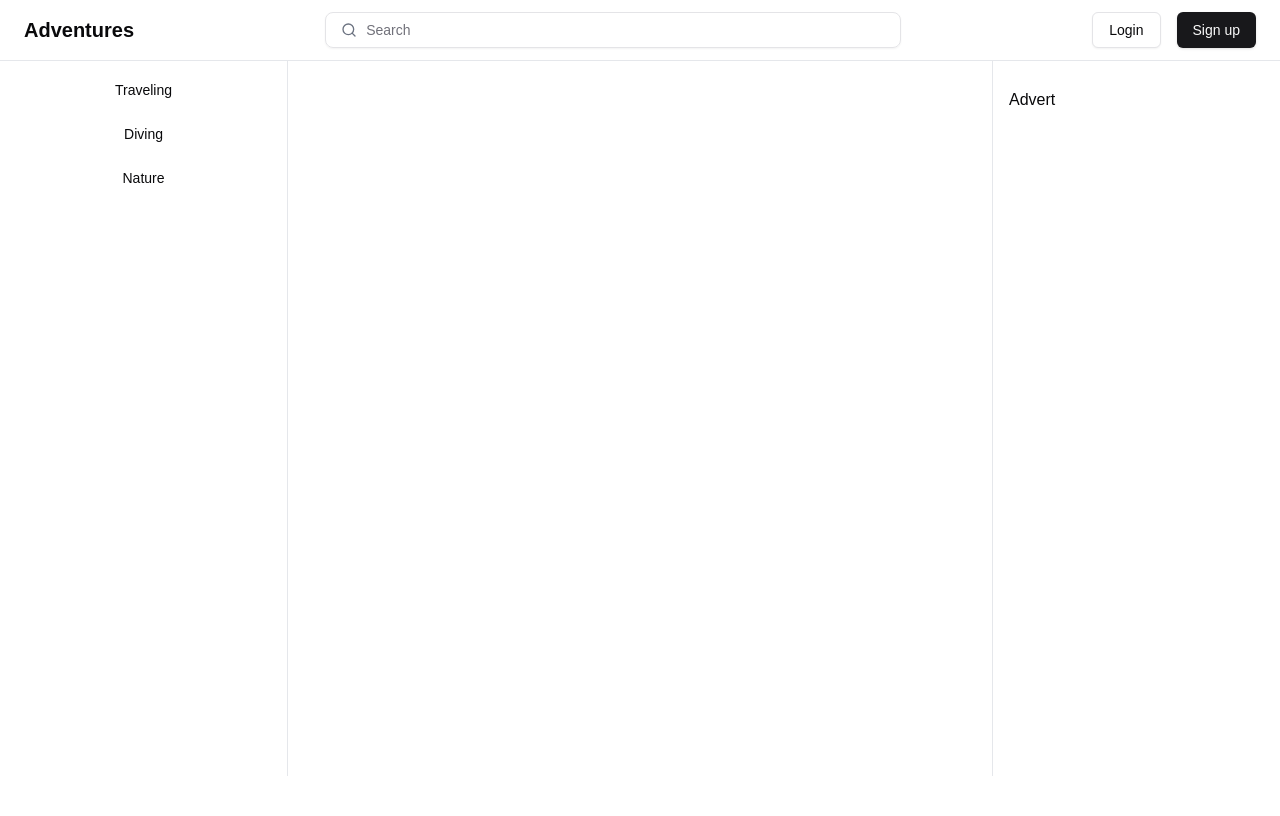
Repository: IssaMuiz/afrixpace-frontend
Page: /
These files come from the project's save history. The page is drawn as it stood at one moment and after a run of saves; the edit follows.
The browser window is 1280 px wide. The pictures show the whole page.
The page's requests for data from a server got no answer. The project was rebuilt for these pictures with package versions that can differ from the ones it lists, and the page was loaded fresh each time. The framework's server and built-in components were replaced by stand-ins that run in the browser. No one was signed in, and anything a server would have sent is missing. Also part of the build but not shown: next.config.ts, components/ui/card.tsx, components/Vote.tsx, components/PostCard.tsx.

Above is the page before, as saved 2025-02-04 17:08:07.

### app/layout.tsx
import type { Metadata } from "next";
import { Geist, Geist_Mono } from "next/font/google";
import "./globals.css";
import Navbar from "@/components/Navbar";
import Sidebar from "@/components/Sidebar";
import AdvertBar from "@/components/Advertbar";

const geistSans = Geist({
  variable: "--font-geist-sans",
  subsets: ["latin"],
});

const geistMono = Geist_Mono({
  variable: "--font-geist-mono",
  subsets: ["latin"],
});

export const metadata: Metadata = {
  title: "Adventurer app",
  description: "Share your adventure experience here",
};

export default function RootLayout({
  children,
}: Readonly<{
  children: React.ReactNode;
}>) {
  return (
    <html lang="en">
      <body
        className={`${geistSans.variable} ${geistMono.variable} min-h-screen antialiased`}
      >
        <Navbar />
        <div className="grid grid-rows-1 lg:grid-rows-[1fr_250px] xl:grid-rows-[250px_1fr_300px] gap-6 h-screen p-4">
          <Sidebar />

          <main className=" lg:mr-[290px]  xl:mx-[300px]">{children}</main>
          <AdvertBar />
        </div>
      </body>
    </html>
  );
}

### app/page.tsx
import Feed from "@/components/Feed";

const HomePage = () => {
  return (
    <div className="h-screen ">
      <Feed />
    </div>
  );
};

export default HomePage;

### components/Navbar.tsx
"use client";
import { Button } from "./ui/button";
import { Input } from "./ui/input";
import { Search } from "lucide-react";

const Navbar = () => {
  return (
    <nav className="border-b bg-white z-20 fixed left-0 right-0 top-0 border-gray-200 px-6 py-3 flex justify-between items-center">
      <h1 className="text-xl font-semibold">Adventures</h1>

      <div className="relative max-w-xl flex-1 mx-6">
        <Search className=" h-4 absolute left-3 top-1/2 transform -translate-y-1/2 text-gray-500" />
        <Input
          type="text"
          placeholder="Search"
          className="pl-10 w-full border rounded-lg"
        />
      </div>

      <div className=" flex gap-4">
        <Button variant="outline" className="hover:bg-gray-100">
          Login
        </Button>
        <Button className="hover:bg-white hover:text-black ">Sign up</Button>
      </div>
    </nav>
  );
};

export default Navbar;

### components/Sidebar.tsx
import { Button } from "./ui/button";

const categories = ["Traveling", "Diving", "Nature"];

const Sidebar = () => {
  return (
    <aside className="fixed hidden xl:block top-14 left-0 bottom-0 w-72 border-r border-gray-200 h-full bg-white p-4">
      <ul className="space-y-2">
        {categories.map((category) => (
          <li key={category}>
            <Button variant="ghost" className="w-full text-left">
              {category}
            </Button>
          </li>
        ))}
      </ul>
    </aside>
  );
};

export default Sidebar;

### components/Advertbar.tsx
const AdvertBar = () => {
  return (
    <aside className="hidden lg:block fixed right-0 top-14 bottom-0 w-72 border-l border-gray-200 h-full bg-white pt-8 px-4">
      Advert
    </aside>
  );
};

export default AdvertBar;

### components/Feed.tsx
"use client";

import { useEffect, useState } from "react";
import PostCard from "./PostCard";

interface Post {
  id: string;
  title: string;
  content: string;
  votes: number;
  mediaUrl?: string;
  mediaType: "image" | "video";
}

const Feed = () => {
  const [posts, setPosts] = useState<Post[]>([]);

  useEffect(() => {
    async function fetchPost() {
      const res = await fetch("/api/posts");
      const data = await res.json();
      setPosts(data);
    }
    fetchPost();
  }, []);
  return (
    <section className="space-y-6 mt-20">
      {posts.map((post) => (
        <PostCard key={post.id} post={post} />
      ))}
    </section>
  );
};

export default Feed;

### components/ui/button.tsx
import * as React from "react"
import { Slot } from "@radix-ui/react-slot"
import { cva, type VariantProps } from "class-variance-authority"

import { cn } from "@/lib/utils"

const buttonVariants = cva(
  "inline-flex items-center justify-center gap-2 whitespace-nowrap rounded-md text-sm font-medium transition-colors focus-visible:outline-none focus-visible:ring-1 focus-visible:ring-ring disabled:pointer-events-none disabled:opacity-50 [&_svg]:pointer-events-none [&_svg]:size-4 [&_svg]:shrink-0",
  {
    variants: {
      variant: {
        default:
          "bg-primary text-primary-foreground shadow hover:bg-primary/90",
        destructive:
          "bg-destructive text-destructive-foreground shadow-sm hover:bg-destructive/90",
        outline:
          "border border-input bg-background shadow-sm hover:bg-accent hover:text-accent-foreground",
        secondary:
          "bg-secondary text-secondary-foreground shadow-sm hover:bg-secondary/80",
        ghost: "hover:bg-accent hover:text-accent-foreground",
        link: "text-primary underline-offset-4 hover:underline",
      },
      size: {
        default: "h-9 px-4 py-2",
        sm: "h-8 rounded-md px-3 text-xs",
        lg: "h-10 rounded-md px-8",
        icon: "h-9 w-9",
      },
    },
    defaultVariants: {
      variant: "default",
      size: "default",
    },
  }
)

export interface ButtonProps
  extends React.ButtonHTMLAttributes<HTMLButtonElement>,
    VariantProps<typeof buttonVariants> {
  asChild?: boolean
}

const Button = React.forwardRef<HTMLButtonElement, ButtonProps>(
  ({ className, variant, size, asChild = false, ...props }, ref) => {
    const Comp = asChild ? Slot : "button"
    return (
      <Comp
        className={cn(buttonVariants({ variant, size, className }))}
        ref={ref}
        {...props}
      />
    )
  }
)
Button.displayName = "Button"

export { Button, buttonVariants }

### components/ui/input.tsx
import * as React from "react"

import { cn } from "@/lib/utils"

const Input = React.forwardRef<HTMLInputElement, React.ComponentProps<"input">>(
  ({ className, type, ...props }, ref) => {
    return (
      <input
        type={type}
        className={cn(
          "flex h-9 w-full rounded-md border border-input bg-transparent px-3 py-1 text-base shadow-sm transition-colors file:border-0 file:bg-transparent file:text-sm file:font-medium file:text-foreground placeholder:text-muted-foreground focus-visible:outline-none focus-visible:ring-1 focus-visible:ring-ring disabled:cursor-not-allowed disabled:opacity-50 md:text-sm",
          className
        )}
        ref={ref}
        {...props}
      />
    )
  }
)
Input.displayName = "Input"

export { Input }

### lib/utils.ts
/* eslint-disable @typescript-eslint/no-explicit-any */
import { clsx } from "clsx";
import { twMerge } from "tailwind-merge";

export function cn(...inputs: any[]) {
  return twMerge(clsx(inputs));
}

### tailwind.config.ts
import type { Config } from "tailwindcss";
import tailwindAnimate from "tailwindcss-animate";

export default {
  darkMode: ["class"],
  content: [
    "./pages/**/*.{js,ts,jsx,tsx,mdx}",
    "./components/**/*.{js,ts,jsx,tsx,mdx}",
    "./app/**/*.{js,ts,jsx,tsx,mdx}",
  ],
  theme: {
    extend: {
      colors: {
        background: "hsl(var(--background))",
        foreground: "hsl(var(--foreground))",
        card: {
          DEFAULT: "hsl(var(--card))",
          foreground: "hsl(var(--card-foreground))",
        },
        popover: {
          DEFAULT: "hsl(var(--popover))",
          foreground: "hsl(var(--popover-foreground))",
        },
        primary: {
          DEFAULT: "hsl(var(--primary))",
          foreground: "hsl(var(--primary-foreground))",
        },
        secondary: {
          DEFAULT: "hsl(var(--secondary))",
          foreground: "hsl(var(--secondary-foreground))",
        },
        muted: {
          DEFAULT: "hsl(var(--muted))",
          foreground: "hsl(var(--muted-foreground))",
        },
        accent: {
          DEFAULT: "hsl(var(--accent))",
          foreground: "hsl(var(--accent-foreground))",
        },
        destructive: {
          DEFAULT: "hsl(var(--destructive))",
          foreground: "hsl(var(--destructive-foreground))",
        },
        border: "hsl(var(--border))",
        input: "hsl(var(--input))",
        ring: "hsl(var(--ring))",
        chart: {
          "1": "hsl(var(--chart-1))",
          "2": "hsl(var(--chart-2))",
          "3": "hsl(var(--chart-3))",
          "4": "hsl(var(--chart-4))",
          "5": "hsl(var(--chart-5))",
        },
      },
      borderRadius: {
        lg: "var(--radius)",
        md: "calc(var(--radius) - 2px)",
        sm: "calc(var(--radius) - 4px)",
      },
    },
  },

  plugins: [tailwindAnimate],
} satisfies Config;

### constant.ts
import { Home, Users, Globe, HeartPulseIcon } from "lucide-react";

export const categories = [
  {
    name: "Home",
    icon: Home,
    path: "",
  },
  {
    name: "Politics",
    icon: Users,
    path: "/explore/politics",
  },
  {
    name: "Technology",
    icon: Globe,
    path: "/explore/technology",
  },
  {
    name: "Health",
    icon: HeartPulseIcon,
    path: "/explore/health",
  },
];

Loaded but not shown: app/globals.css (common file)

After the next 2 saves:
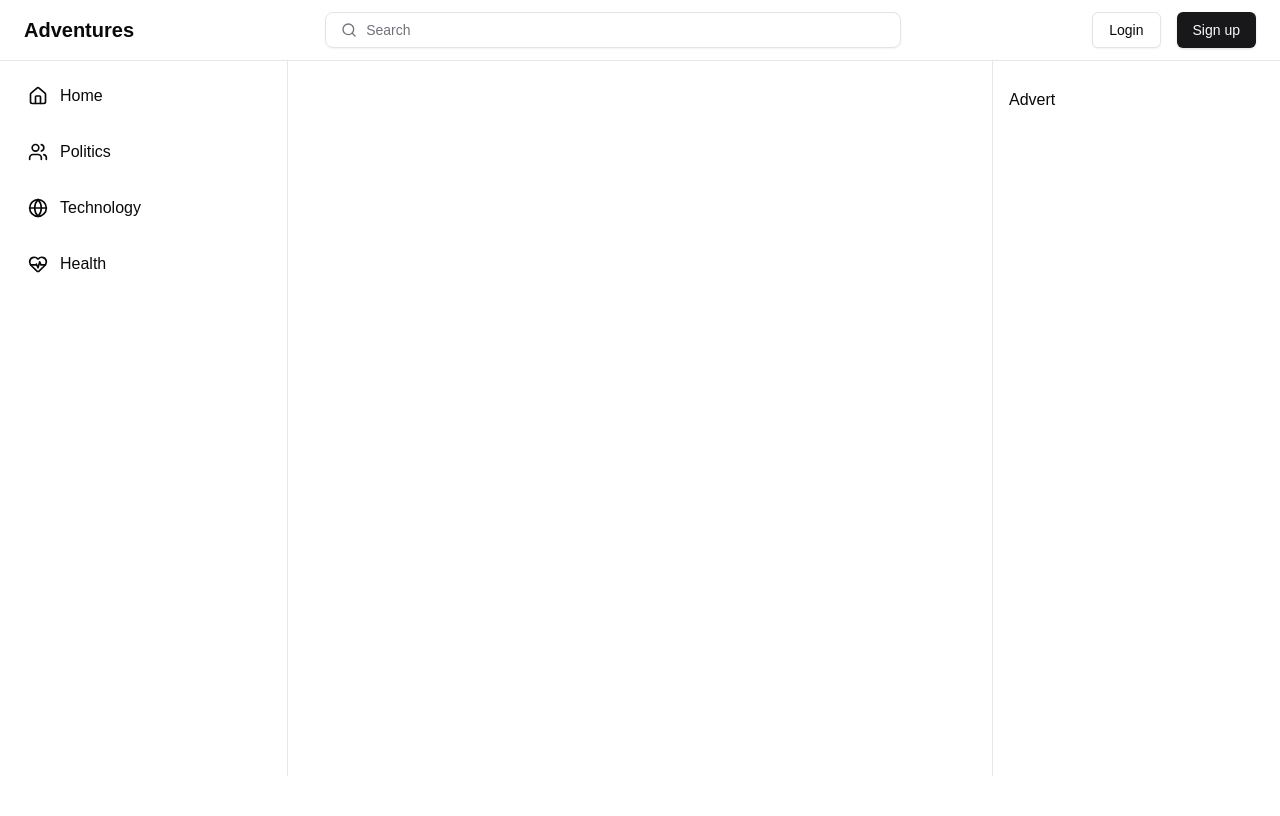
The 2 saves are shown as one change because 1 did not build or start.
The last was saved 9 min 25 s later.
--- a/components/Sidebar.tsx
+++ b/components/Sidebar.tsx
@@ -1,19 +1,29 @@
-import { Button } from "./ui/button";
+"use client";
 
-const categories = ["Traveling", "Diving", "Nature"];
+import Link from "next/link";
+import { usePathname } from "next/navigation";
+import { categories } from "@/constant";
+import { cn } from "@/lib/utils";
 
 const Sidebar = () => {
+  const pathname = usePathname();
   return (
-    <aside className="fixed hidden xl:block top-14 left-0 bottom-0 w-72 border-r border-gray-200 h-full bg-white p-4">
-      <ul className="space-y-2">
-        {categories.map((category) => (
-          <li key={category}>
-            <Button variant="ghost" className="w-full text-left">
-              {category}
-            </Button>
-          </li>
+    <aside className="fixed hidden xl:block top-14 left-0 bottom-0 w-72 border-r border-gray-200 h-screen dark:bg-gray-900 p-4">
+      <nav className="space-y-2">
+        {categories.map(({ name, icon: Icon, path }) => (
+          <Link
+            key={name}
+            href={path}
+            className={cn(
+              "flex items-center gap-3 p-3 rounded-md hover:bg-gray-200 dark:hover:bg-gray-800 transition",
+              pathname === path && "bg-gray-300 dark:bg-gray-700 font-semibold"
+            )}
+          >
+            <Icon className="w-5 h-5" />
+            <span>{name}</span>
+          </Link>
         ))}
-      </ul>
+      </nav>
     </aside>
   );
 };
